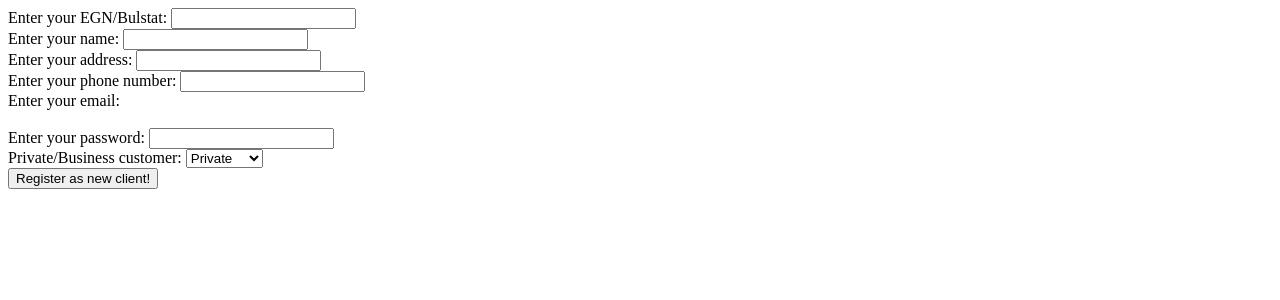
Repository: A-Mitev/E-Banking_Team_Project
Page: http://localhost/FiBank/WEB-INF/views/jsp/Register.jsp
An editor plug-in stored every save of this project. The page is shown before and after the next save, followed by the edit.
The browser window is 1280 px wide. The pictures show the whole page.
The page is served by Tomcat 9. Nobody is signed in. Other server files are loaded and not shown. The template is opened directly, without the code that normally fills it, so the values that code supplies are empty.

Above is the page before, as saved 2016-04-05 15:21:22.

### FiBank/src/main/webapp/WEB-INF/views/jsp/Register.jsp
<%@page import="javax.servlet.descriptor.TaglibDescriptor"%>
<%@ page language="java" contentType="text/html; charset=UTF-8"
    pageEncoding="UTF-8"%>
<%@ taglib prefix="springForm" uri="http://www.springframework.org/tags/form" %>
<!DOCTYPE html PUBLIC "-//W3C//DTD HTML 4.01 Transitional//EN" "http://www.w3.org/TR/html4/loose.dtd">
<html>
<head>
<meta http-equiv="Content-Type" content="text/html; charset=UTF-8">
<title>Register Page</title>
</head>
<body>

	<springForm:form method="post" commandName="user">
	<label>Enter your EGN/Bulstat:</label>
	<springForm:input type="text" path="id"/>
	<br/>
	<label>Enter your name:</label>
	<springForm:input type="text" path="name"/>
	<br/>
	<label>Enter your address:</label>
	<springForm:input type="text" path="address"/>
	<br/>
	<label>Enter your phone number:</label>
	<springForm:input type="text" path="phone"/>
	<br/>
	<label>Enter your email:</label>
	<springForm:form type="text" path="email"/>
	<br/>
	<label>Enter your password:</label>
	<springForm:password type="text" path="password"/>
	<br/>
	<label>Private/Business customer:</label>
	<springForm:select path="typeOfUser">
	<option value="PRIVATE">Private</option>
  	<option value="BUSINESS">Business</option>
	</springForm:select>
	<br/>
	<input type="submit" value="Register as new client!"/>
	</springForm:form>
</body>
</html>

After the next save:
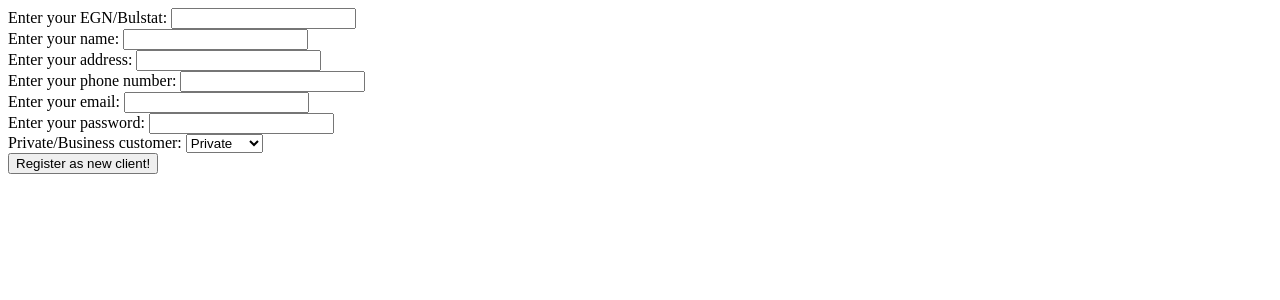
Saved 93 s later.
--- a/FiBank/src/main/webapp/WEB-INF/views/jsp/Register.jsp
+++ b/FiBank/src/main/webapp/WEB-INF/views/jsp/Register.jsp
@@ -24,7 +24,7 @@
 	<springForm:input type="text" path="phone"/>
 	<br/>
 	<label>Enter your email:</label>
-	<springForm:form type="text" path="email"/>
+	<springForm:input type="text" path="email"/>
 	<br/>
 	<label>Enter your password:</label>
 	<springForm:password type="text" path="password"/>
